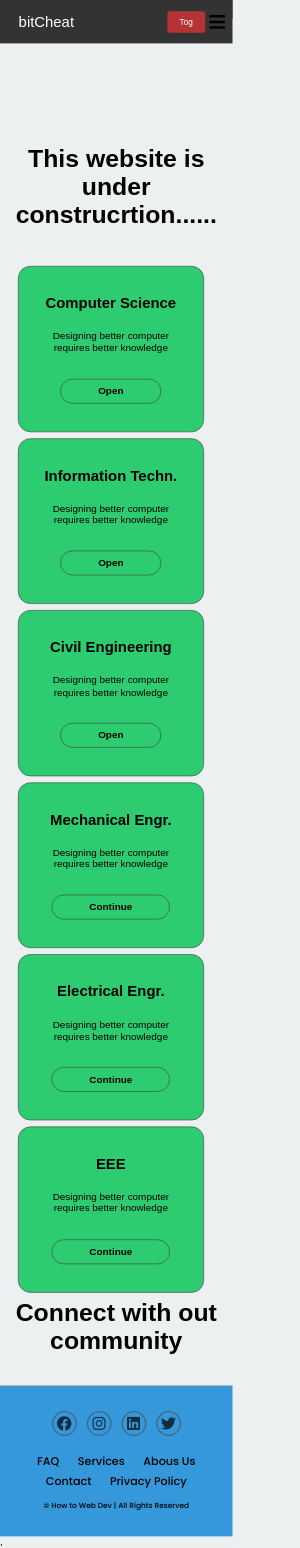
Repository: hitoutvrma/college-notes-website
Page: / (app in frontend/app/)
These files come from the project's save history. The page is drawn as it stood at one moment and after the next save; the edit follows.
The browser window is 375 px wide. The page is 375 px wide, then 484 px, then 375 px, so the pictures cover 484 px, including what lies to the right of the window. The pictures show the whole page, at 62% of full size.
Some web fonts or font styles are not loaded; a fallback is used. The project was rebuilt for these pictures with package versions that can differ from the ones it lists, and the page was loaded fresh each time. Also part of the build but not shown: frontend/app/src/components/UserStatistics.js, frontend/app/src/components/Header.js, frontend/app/src/components/css/NotesPage.css, frontend/app/src/components/NotesPage.js, frontend/app/src/components/BlogList.js, frontend/app/src/components/CreateBlog.jsx, frontend/app/src/components/Notfoundpage.js.

Above is the page before, as saved 2024-08-16 23:48:53.

After the next save:
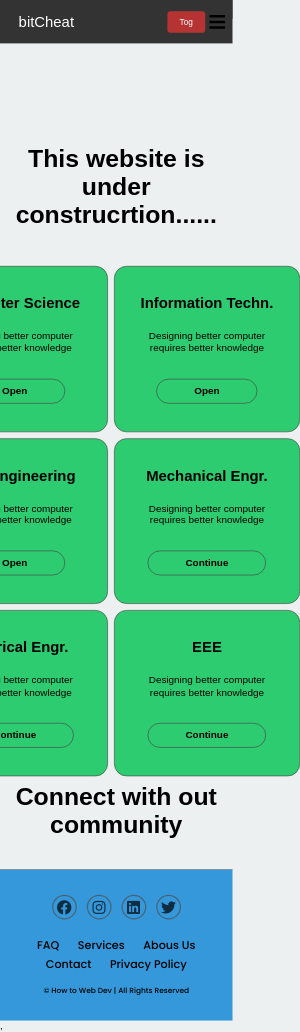
Saved 44 s later.
--- a/frontend/app/src/components/css/home.css
+++ b/frontend/app/src/components/css/home.css
@@ -1,43 +1,45 @@
 @import url("https://fonts.googleapis.com/css2?family=Fredoka:wght@400;600&display=swap");
 @import url('https://fonts.googleapis.com/css2?family=Zain:wght@200;300;400;700;800;900&display=swap');
+
 * {
   margin: 0;
   padding: 0;
   box-sizing: border-box;
 }
-.headings{
-  /* color:white; */
+
+body {
+  font-family: Arial, sans-serif;
+}
+
+.headings {
   color: var(--font-heading-color);
   font-size: 6vh;
   padding-left: 7%;
   padding-right: 7%;
-  /* display: flex; */
   margin-bottom: 50px;
-
   text-align: center;
 }
 
-.whole-home{
-    padding-top: 20.5vh;
+.whole-home {
+  padding-top: 20.5vh;
 }
+
 #wrapper-body {
   height: 100%;
-  /* margin-left: 25px */
   width: 100%;
-  flex-wrap: wraps;
   display: flex;
-  /* justify-content: center; */
+  flex-wrap: wrap;
 }
+
 .container-body {
-  margin:10px;
+  margin: 10px;
   width: 90%;
-  flex-wrap: wrap;
-  display: flex;
-  row-gap: 20px;
-  column-gap: 90px;
-  justify-content:center;  /* change here if you wants to change the space between the cards */
+  display: grid;
+  grid-template-columns: repeat(auto-fill, minmax(300px, 1fr));
+  gap: 20px;
+  justify-content: center;
 }
-/* Global styles */
+
 .div-body {
   margin: 0px;
   padding: 0;
@@ -45,25 +47,23 @@
   border-radius: 0%;
 }
 
-/* Card styles */
 .card-body {
   background-color: var(--secondary-color);
-  /* opacity: 70%; */
   border-radius: var(--border-radius);
   border-style: solid;
   border-width: 1px;
   height: 44vh;
   border-color: rgb(68, 68, 68);
-  /* border-color: white; */
   text-align: center;
   padding: 15px;
   width: 360px;
   cursor: pointer;
 }
-.card-body:hover  {
-  border-color: red; /* Change border color to white on hover */
+
+.card-body:hover {
+  border-color: red;
 }
-/* Illustration styles */
+
 .ilustration-body {
   margin: 30px;
 }
@@ -74,11 +74,8 @@
   border-radius: 100%;
   overflow: hidden;
   margin: 0 auto;
-  /* box-shadow: 20px 20px 20px rgba(0, 0, 0, 0.1),
-    -20px -20px 20px rgba(255, 255, 255, 0.1); */
 }
 
-/* Heading styles */
 .h3-body {
   font-family: var(--primary-font);
   font-size: 2rem;
@@ -88,79 +85,72 @@
   margin: 30px 0;
 }
 
-/* Paragraph styles */
 .p-body {
   font-family: var(--primary-font);
-  /* margin: 5000px; */
   font-size: 1.1rem;
   line-height: 1.5rem;
   color: var(--text-color);
-  margin:60px auto 10px auto;
-  /* margin-bottom: 10px; */
+  margin: 60px auto 10px auto;
   max-width: 80%;
 }
 
-/* Button styles */
 .button-body {
   font-family: var(--primary-font);
   font-size: 1.1rem;
   font-weight: bold;
   padding: 15px 80px;
-  position:static;
+  position: static;
   border-radius: 25px;
   color: var(--text-color);
-  border: 1px;
-  border-style: solid;
-  border-color: rgb(68, 68, 68);
+  border: 1px solid rgb(68, 68, 68);
   margin: 30px 0;
   outline: none;
   cursor: pointer;
-  background-color:var(--semester-button);
+  background-color: var(--semester-button);
 }
 
-/* button:active {
-  transform: scale(0.9);
-  box-shadow: inset -1px -1px 3px rgba(129, 199, 132, 1),
-    -20px -20px 20px rgba(255, 255, 255, 0);
-} */
-a{
+a {
   text-decoration: none;
 }
+
+/* Responsive Design */
 @media (max-width: 768px) {
   .container-body {
     grid-template-columns: repeat(auto-fill, minmax(250px, 1fr));
     gap: 15px;
-  }}
-  @media (max-width: 480px) {
-    .container-body {
-      grid-template-columns: 1fr 1fr;
-      gap: 10px;
-    }
+  }
+}
 
-    .headings {
-      font-size: 5vh;
-      padding-left: 5%;
-      padding-right: 5%;
-    }
+@media (max-width: 480px) {
+  .container-body {
+    grid-template-columns: 1fr 1fr;
+    gap: 10px;
+  }
 
-    .card-body {
-      width: 100%;
-      height: auto;
-    }
+  .headings {
+    font-size: 5vh;
+    padding-left: 5%;
+    padding-right: 5%;
+  }
 
-    .h3-body {
-      font-size: 1.5rem;
-      line-height: 1.7rem;
-    }
+  .card-body {
+    width: 100%;
+    height: auto;
+  }
 
-    .p-body {
-      font-size: 1rem;
-      line-height: 1.2rem;
-      margin: 30px auto 10px auto;
-    }
+  .h3-body {
+    font-size: 1.5rem;
+    line-height: 1.7rem;
+  }
 
-    .button-body {
-      font-size: 1rem;
-      padding: 10px 60px;
-    }
+  .p-body {
+    font-size: 1rem;
+    line-height: 1.2rem;
+    margin: 30px auto 10px auto;
   }
+
+  .button-body {
+    font-size: 1rem;
+    padding: 10px 60px;
+  }
+}

After the save that followed:
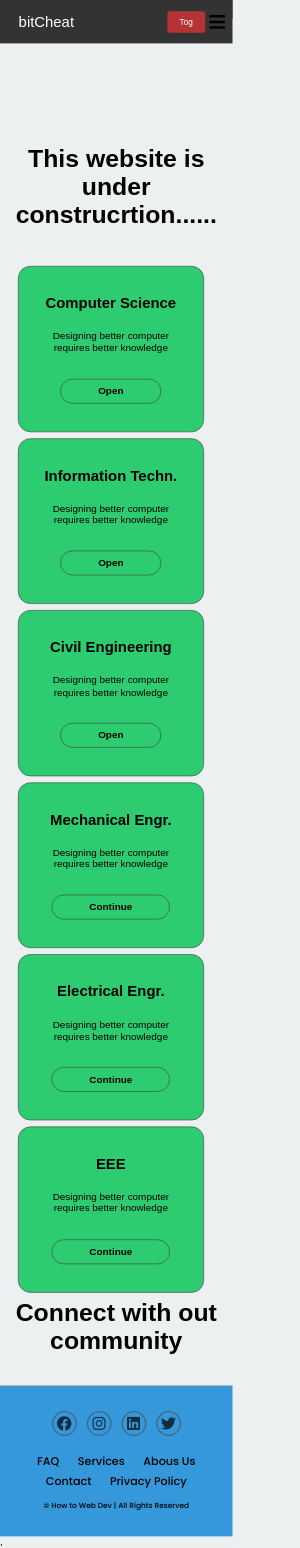
Saved 9 s later.
--- a/frontend/app/src/components/css/home.css
+++ b/frontend/app/src/components/css/home.css
@@ -1,45 +1,43 @@
 @import url("https://fonts.googleapis.com/css2?family=Fredoka:wght@400;600&display=swap");
 @import url('https://fonts.googleapis.com/css2?family=Zain:wght@200;300;400;700;800;900&display=swap');
-
 * {
   margin: 0;
   padding: 0;
   box-sizing: border-box;
 }
-
-body {
-  font-family: Arial, sans-serif;
-}
-
-.headings {
+.headings{
+  /* color:white; */
   color: var(--font-heading-color);
   font-size: 6vh;
   padding-left: 7%;
   padding-right: 7%;
+  /* display: flex; */
   margin-bottom: 50px;
+
   text-align: center;
 }
 
-.whole-home {
-  padding-top: 20.5vh;
+.whole-home{
+    padding-top: 20.5vh;
 }
-
 #wrapper-body {
   height: 100%;
+  /* margin-left: 25px */
   width: 100%;
+  flex-wrap: wraps;
   display: flex;
+  /* justify-content: center; */
+}
+.container-body {
+  margin:10px;
+  width: 90%;
   flex-wrap: wrap;
+  display: flex;
+  row-gap: 20px;
+  column-gap: 90px;
+  justify-content:center;  /* change here if you wants to change the space between the cards */
 }
-
-.container-body {
-  margin: 10px;
-  width: 90%;
-  display: grid;
-  grid-template-columns: repeat(auto-fill, minmax(300px, 1fr));
-  gap: 20px;
-  justify-content: center;
-}
-
+/* Global styles */
 .div-body {
   margin: 0px;
   padding: 0;
@@ -47,23 +45,25 @@
   border-radius: 0%;
 }
 
+/* Card styles */
 .card-body {
   background-color: var(--secondary-color);
+  /* opacity: 70%; */
   border-radius: var(--border-radius);
   border-style: solid;
   border-width: 1px;
   height: 44vh;
   border-color: rgb(68, 68, 68);
+  /* border-color: white; */
   text-align: center;
   padding: 15px;
   width: 360px;
   cursor: pointer;
 }
-
-.card-body:hover {
-  border-color: red;
+.card-body:hover  {
+  border-color: red; /* Change border color to white on hover */
 }
-
+/* Illustration styles */
 .ilustration-body {
   margin: 30px;
 }
@@ -74,8 +74,11 @@
   border-radius: 100%;
   overflow: hidden;
   margin: 0 auto;
+  /* box-shadow: 20px 20px 20px rgba(0, 0, 0, 0.1),
+    -20px -20px 20px rgba(255, 255, 255, 0.1); */
 }
 
+/* Heading styles */
 .h3-body {
   font-family: var(--primary-font);
   font-size: 2rem;
@@ -85,72 +88,79 @@
   margin: 30px 0;
 }
 
+/* Paragraph styles */
 .p-body {
   font-family: var(--primary-font);
+  /* margin: 5000px; */
   font-size: 1.1rem;
   line-height: 1.5rem;
   color: var(--text-color);
-  margin: 60px auto 10px auto;
+  margin:60px auto 10px auto;
+  /* margin-bottom: 10px; */
   max-width: 80%;
 }
 
+/* Button styles */
 .button-body {
   font-family: var(--primary-font);
   font-size: 1.1rem;
   font-weight: bold;
   padding: 15px 80px;
-  position: static;
+  position:static;
   border-radius: 25px;
   color: var(--text-color);
-  border: 1px solid rgb(68, 68, 68);
+  border: 1px;
+  border-style: solid;
+  border-color: rgb(68, 68, 68);
   margin: 30px 0;
   outline: none;
   cursor: pointer;
-  background-color: var(--semester-button);
+  background-color:var(--semester-button);
 }
 
-a {
+/* button:active {
+  transform: scale(0.9);
+  box-shadow: inset -1px -1px 3px rgba(129, 199, 132, 1),
+    -20px -20px 20px rgba(255, 255, 255, 0);
+} */
+a{
   text-decoration: none;
 }
-
-/* Responsive Design */
 @media (max-width: 768px) {
   .container-body {
     grid-template-columns: repeat(auto-fill, minmax(250px, 1fr));
     gap: 15px;
+  }}
+  @media (max-width: 480px) {
+    .container-body {
+      grid-template-columns: 1fr 1fr;
+      gap: 10px;
+    }
+
+    .headings {
+      font-size: 5vh;
+      padding-left: 5%;
+      padding-right: 5%;
+    }
+
+    .card-body {
+      width: 100%;
+      height: auto;
+    }
+
+    .h3-body {
+      font-size: 1.5rem;
+      line-height: 1.7rem;
+    }
+
+    .p-body {
+      font-size: 1rem;
+      line-height: 1.2rem;
+      margin: 30px auto 10px auto;
+    }
+
+    .button-body {
+      font-size: 1rem;
+      padding: 10px 60px;
+    }
   }
-}
-
-@media (max-width: 480px) {
-  .container-body {
-    grid-template-columns: 1fr 1fr;
-    gap: 10px;
-  }
-
-  .headings {
-    font-size: 5vh;
-    padding-left: 5%;
-    padding-right: 5%;
-  }
-
-  .card-body {
-    width: 100%;
-    height: auto;
-  }
-
-  .h3-body {
-    font-size: 1.5rem;
-    line-height: 1.7rem;
-  }
-
-  .p-body {
-    font-size: 1rem;
-    line-height: 1.2rem;
-    margin: 30px auto 10px auto;
-  }
-
-  .button-body {
-    font-size: 1rem;
-    padding: 10px 60px;
-  }
-}
